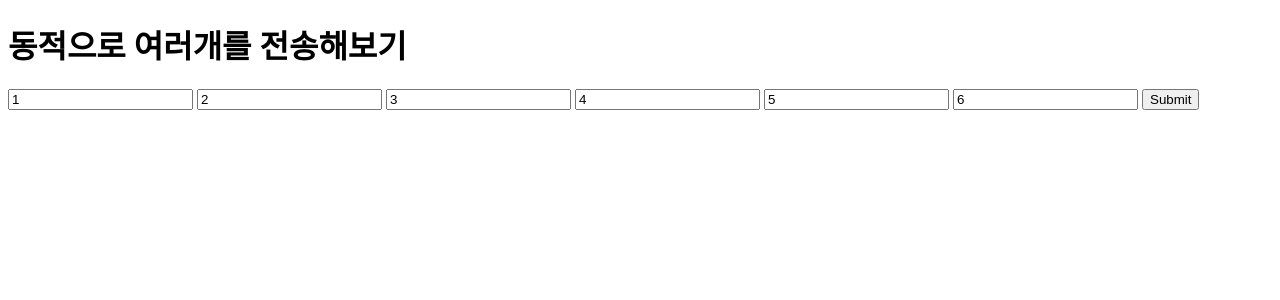
Repository: Kimgigon123123/JspServlet
Page: http://localhost/04.Implicit/Ex01_Request/Ex02_Request.jsp
These files come from the project's save history. The page is drawn as it stood at one moment and after the next save; the edit follows.
The browser window is 1280 px wide. The pictures show the whole page.
The page is served by Tomcat 9. Other server files are loaded and not shown.

Above is the page before, as saved 2023-05-22 02:36:30.

### WorkSpace/04.Implicit/src/main/webapp/Ex01_Request/Ex02_Request.jsp
<%@ page language="java" contentType="text/html; charset=UTF-8"
    pageEncoding="UTF-8"%>
<!DOCTYPE html>
<html>
<head>
<meta charset="UTF-8">
<title>Insert title here</title>
</head>
<body>
	<h1>동적으로 여러개를 전송해보기</h1>
	<!--  파라메터를 30개 보낼수있는 구조를 만들기.
			name1...name30까지를 보낼예정.(????)
			요청할 서블릿 Ex02_Request
			Ex02_Request에서는 파라메터 name 1~30 까지를 쭉 출력하기.
			HTML(X),JSP <-
		 -->

		 <form action="../Ex02_Request" method="get">
		 		<!--  입력받은 id와 pw를 servlet파일로 보내기 -->
		 		<input type="text" name="name1" value="1">
		 		<input type="text" name="name2" value="2">
		 		<input type="text" name="name3" value="3">
		 		<input type="text" name="name4" value="4">
		 		<input type="text" name="name5" value="5">
		 		<input type="text" name="name6" value="6">
		 			<input type = "submit">
</body>
</html>

After the next save:
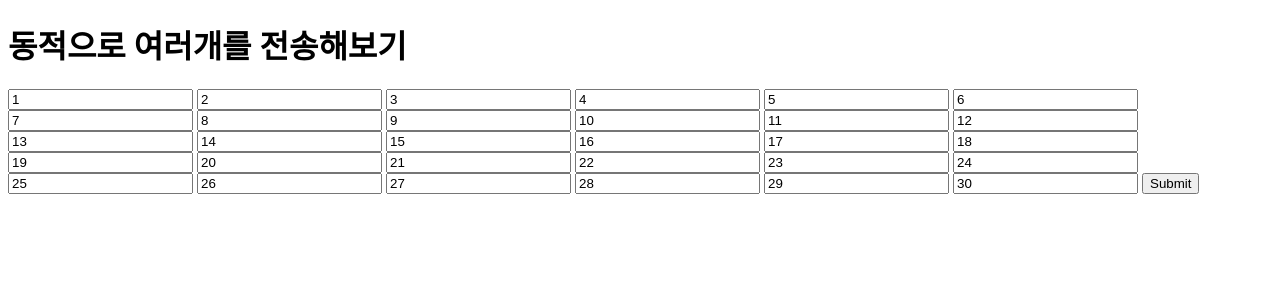
Saved 84 s later.
--- a/WorkSpace/04.Implicit/src/main/webapp/Ex01_Request/Ex02_Request.jsp
+++ b/WorkSpace/04.Implicit/src/main/webapp/Ex01_Request/Ex02_Request.jsp
@@ -17,12 +17,9 @@
 
 		 <form action="../Ex02_Request" method="get">
 		 		<!--  입력받은 id와 pw를 servlet파일로 보내기 -->
-		 		<input type="text" name="name1" value="1">
-		 		<input type="text" name="name2" value="2">
-		 		<input type="text" name="name3" value="3">
-		 		<input type="text" name="name4" value="4">
-		 		<input type="text" name="name5" value="5">
-		 		<input type="text" name="name6" value="6">
+		 		<%for(int i=1; i<=30 ; i ++) {%>
+		 		<input type="text" name="name<%=i %>" value="<%=i%>">
+		 		<%} %>
 		 			<input type = "submit">
 </body>
 </html>
